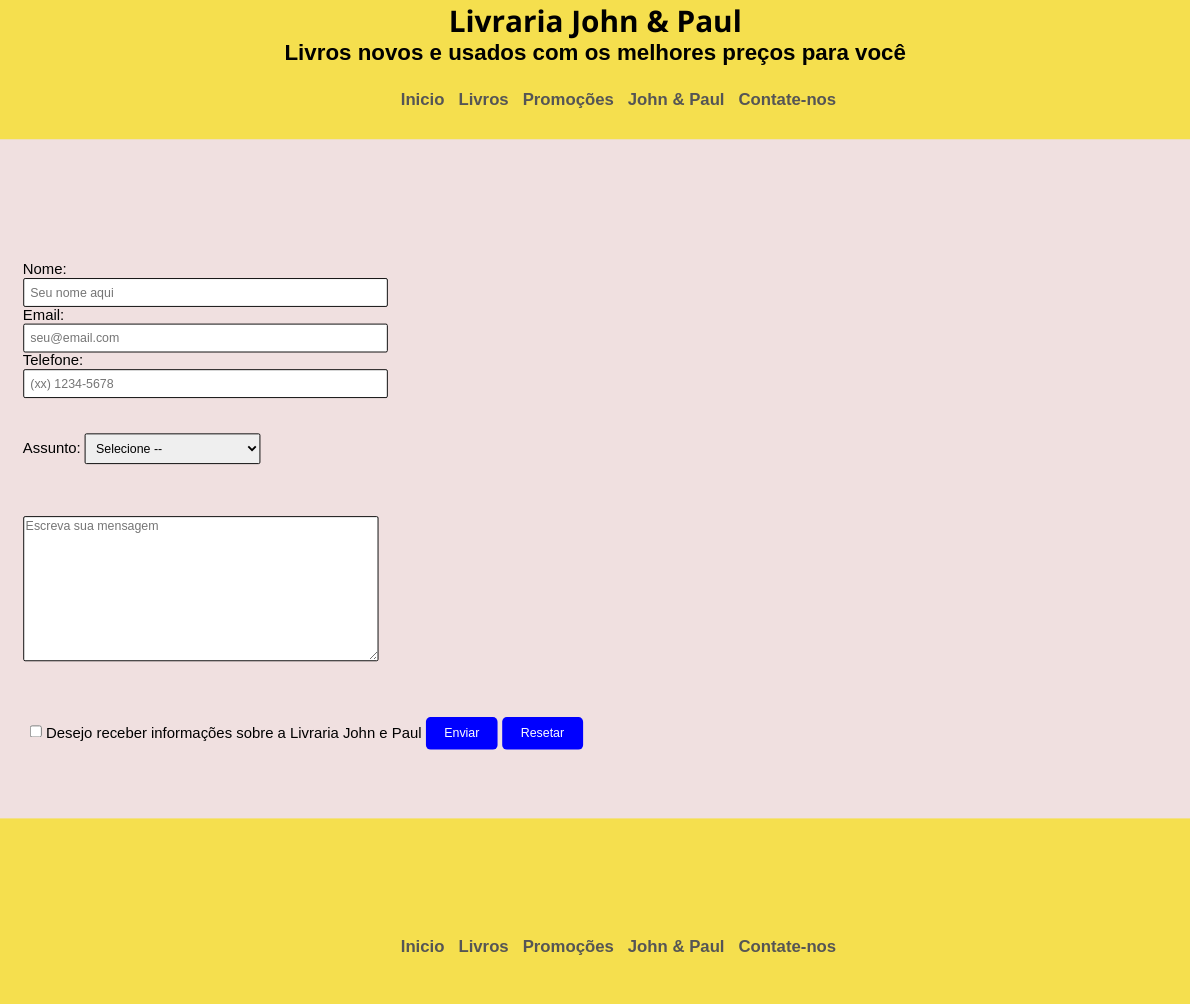
Repository: MarcoantonioCaldeira/Site-livraria-John-e-Paul
Page: contato.html
The author's editor kept a copy of each file at every save. The page is drawn from the files as they stood at one save, then again after the next save.
The browser window is 1280 px wide. The pictures show the whole page, at 93% of full size.

Above is the page before, as saved 2022-09-25 21:37:13.

After the next save:
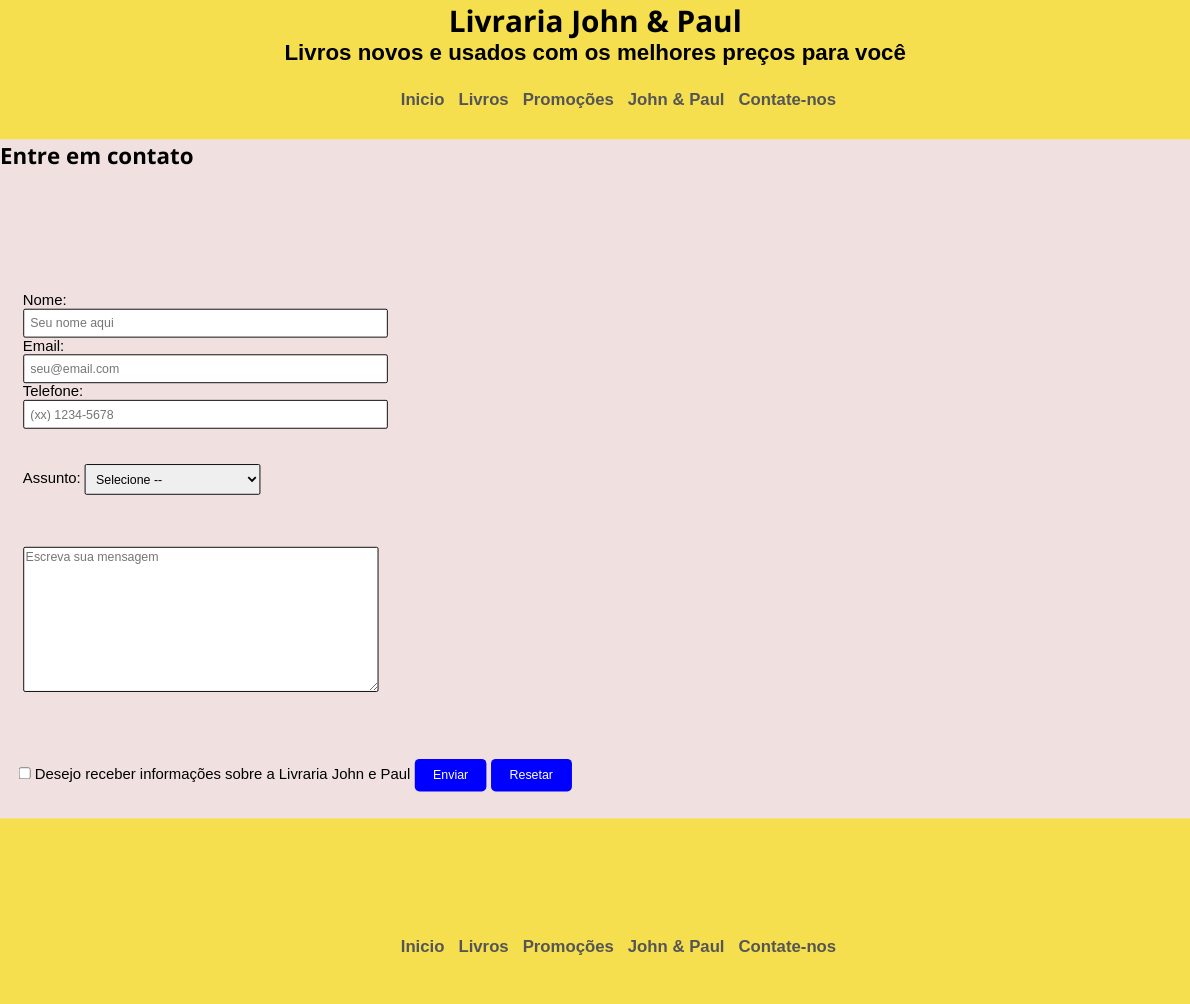
Saved 20 s later.
--- a/contato.html
+++ b/contato.html
@@ -23,6 +23,7 @@
 </nav>
 </header>
 <section class="section-contato">
+   <h1>Entre em contato</h1>
    <form class="formulario">
       <fieldset>
 
@@ -45,13 +46,12 @@
          <div>
             <textarea name="msg" id="msg" cols="20" rows="10" placeholder="Escreva sua mensagem"></textarea>
          </div>
-         <input type="checkbox" name="news" id="news">
-         <label for="news" >Desejo receber informações sobre a Livraria John e Paul</label>
+      </fieldset>
+      <input type="checkbox" name="news" id="news">
+      <label for="news" >Desejo receber informações sobre a Livraria John e Paul</label>
 
-         <button type="submit">Enviar</button>
-         <button type="reset">Resetar</button>
-      </fieldset>
-
+      <button type="submit">Enviar</button>
+      <button type="reset">Resetar</button>
    </form>
 </section>
 <footer id="rodape">
